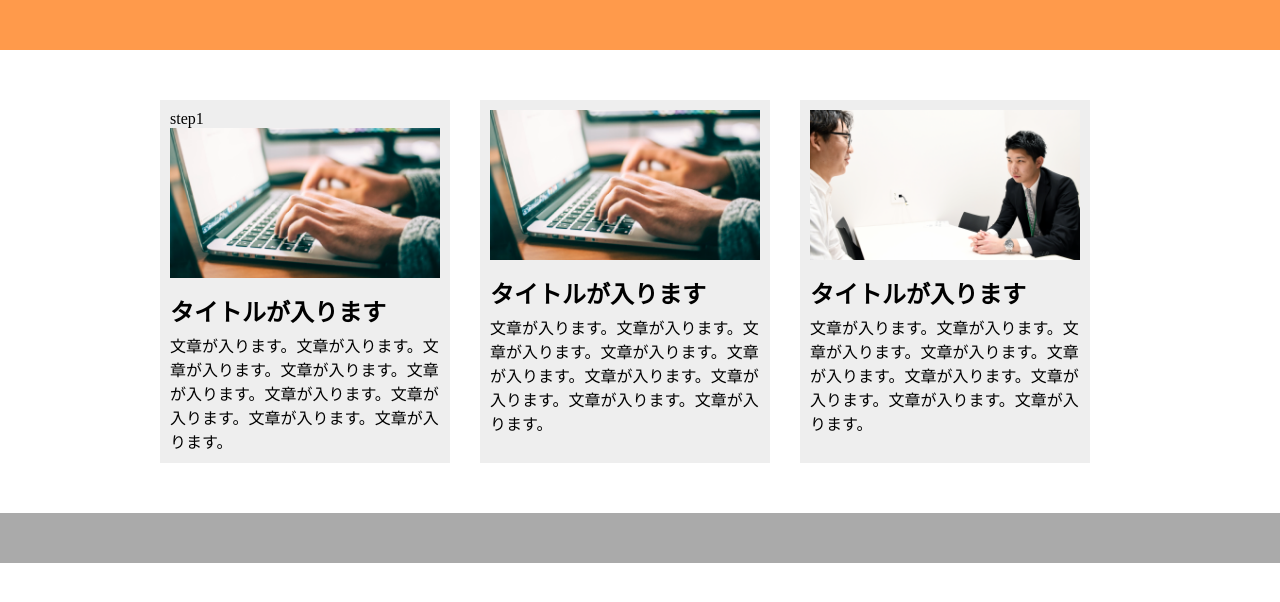
Repository: Takahiro620/dmmwebcamp
Page: enshu9/enshu9.html
The author's editor kept a record of every edit. The page is drawn from the files as they stood at one moment, then again after the next edit.
The browser window is 1280 px wide. The pictures show the whole page.

Above is the page before.

After the next edit:
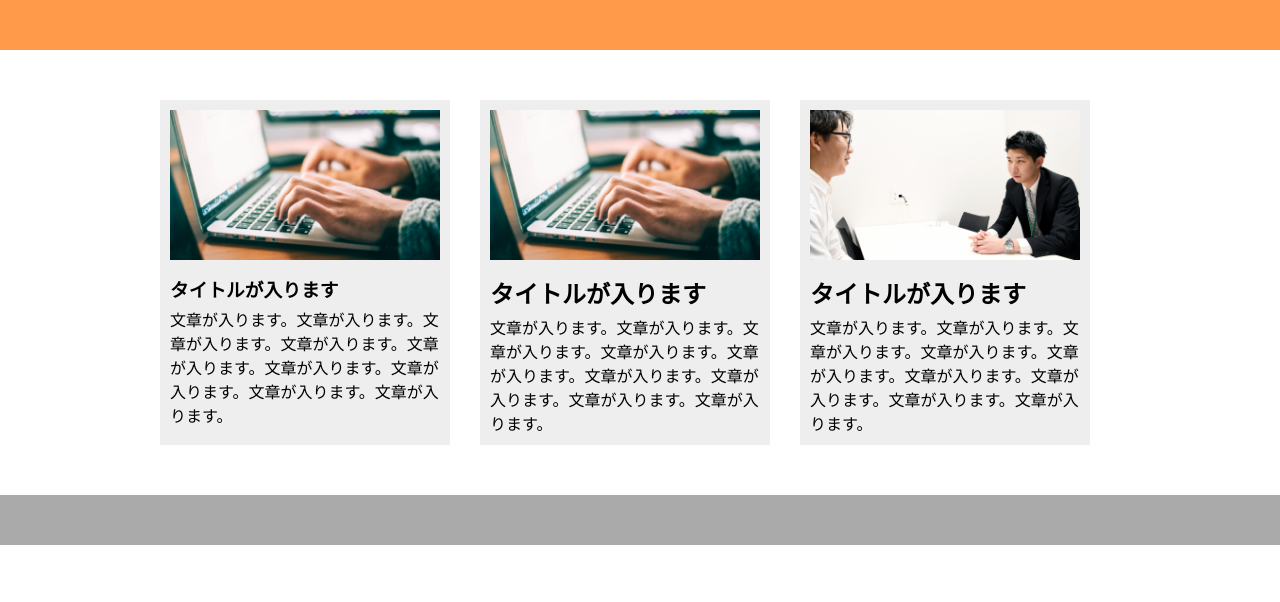
The edit:
--- a/enshu9/enshu9.html
+++ b/enshu9/enshu9.html
@@ -19,11 +19,8 @@
     <main class="main">
 
       <span class="main-1">
-        <div class="step">
-          <p class="step">step1</p>
-        </div>
         <div class="image-1"></div>
-        <h2 class="title">タイトルが入ります</h2>
+        <h3 class="title">タイトルが入ります</h2>
         <p class="text">文章が入ります。文章が入ります。文章が入ります。文章が入ります。文章が入ります。文章が入ります。文章が入ります。文章が入ります。文章が入ります。</p>
       </span>
 
